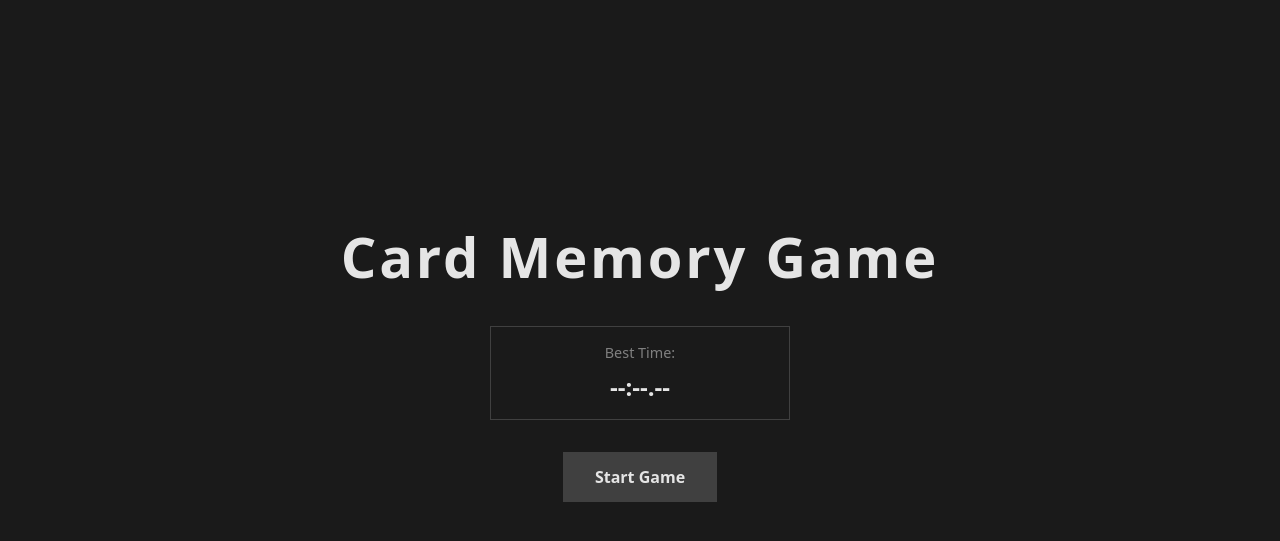
Repository: MMatyskiewicz2004/cat-memory
Page: card-memory-game/index.html
An editor plug-in stored every save of this project. The page is shown before and after a run of saves, followed by the edit.
The browser window is 1280 px wide. The pictures show the whole page.
Some web libraries are served in a nearby version.

Above is the page before, as saved 2026-03-02 13:54:35.

### card-memory-game/index.html
<!DOCTYPE html>
<html lang="en">
  <head>
    <meta charset="UTF-8" />
    <meta name="viewport" content="width=device-width, initial-scale=1.0" />
    <title>Card Memory Game</title>
    <link rel="stylesheet" href="css/styles.css?v=11" />
  </head>
  <body>
    <div class="app">
      <!-- Menu Screen -->
      <section id="menu-screen" class="screen screen--active">
        <h1 class="game-title">Card Memory Game</h1>
        <div class="record-display">
          <p class="record-label">Best Time:</p>
            <p id="best-time-display" class="record-value">--:--.--</p>
        </div>
        <button id="start-button" class="btn btn--primary">Start Game</button>
      </section>

      <!-- Game Screen -->
      <section id="game-screen" class="screen">
        <div class="game-header">
          <div class="timer-display">
            <span class="timer-label">Time:</span>
            <span id="timer-value" class="timer-value">00:00.00</span>
          </div>
          <button id="menu-button" class="btn btn--ghost">Menu</button>
        </div>
        <div id="game-board" class="game-board"></div>
      </section>

      <!-- Win Screen -->
      <section id="win-screen" class="screen">
        <div class="win-card">
          <h2 class="win-title">YOU WIN!</h2>
          <div class="win-stats">
            <p class="win-time-label">Time:</p>
            <p id="win-time-value" class="win-time-value">00:00.00</p>
          </div>
          <div class="win-buttons">
            <button id="play-again-button" class="btn btn--primary">Play Again</button>
            <button id="menu-button-win" class="btn btn--secondary">Back to Menu</button>
          </div>
        </div>
      </section>
    </div>

    <script src="https://cdnjs.cloudflare.com/ajax/libs/gsap/3.12.5/gsap.min.js"></script>
    <script src="js/main.js?v=10"></script>
  </body>
</html>

### card-memory-game/css/styles.css
/* Reset & Base Styles */
*,
*::before,
*::after {
  box-sizing: border-box;
  margin: 0;
  padding: 0;
}

body {
  font-family: system-ui, -apple-system, BlinkMacSystemFont, "Segoe UI", sans-serif;
  background: #1a1a1a;
  color: #e5e5e5;
  min-height: 100vh;
  display: flex;
  justify-content: center;
  align-items: center;
  padding: 1rem;
}

.app {
  width: 100%;
  max-width: 1200px;
}

/* Screen Management */
.screen {
  display: none;
}

.screen--active {
  display: block;
}

/* Menu Screen */
#menu-screen {
  text-align: center;
}

.game-title {
  font-size: clamp(2.5rem, 5vw, 3.5rem);
  font-weight: 700;
  margin-bottom: 2rem;
  letter-spacing: 0.05em;
}

.menu-card {
  background: #2a2a2a;
  border-radius: 0;
  padding: 3rem 2rem;
  max-width: 500px;
  margin: 0 auto;
}

.menu-title {
  font-size: 2rem;
  font-weight: 700;
  margin-bottom: 1rem;
}

.menu-text {
  font-size: 1.1rem;
  color: #b0b0b0;
  margin-bottom: 2rem;
}

.record-display {
  background: #1a1a1a;
  border-radius: 0;
  padding: 1rem;
  margin: 0 auto 2rem auto;
  border: 1px solid #404040;
  max-width: 300px;
}

.record-label {
  font-size: 0.9rem;
  color: #808080;
  margin-bottom: 0.5rem;
}

.record-value {
  font-size: 1.5rem;
  font-weight: 600;
  color: #e5e5e5;
}

/* Game Screen */
#game-screen {
  width: 100%;
}

.game-header {
  display: flex;
  justify-content: space-between;
  align-items: center;
  margin-bottom: 2rem;
  padding: 1rem 1.5rem;
  background: #2a2a2a;
  border-radius: 0;
}

.timer-display {
  display: flex;
  align-items: center;
  gap: 0.75rem;
}

.timer-label {
  font-size: 1.1rem;
  color: #b0b0b0;
}

.timer-value {
  font-size: 1.5rem;
  font-weight: 600;
  color: #e5e5e5;
  font-variant-numeric: tabular-nums;
}

.game-board {
  display: grid;
  grid-template-columns: repeat(5, 1fr);
  gap: 1rem;
  max-width: 1000px;
  margin: 0 auto;
}

/* Card Styles */
.card {
  aspect-ratio: 2 / 3;
  background: transparent;
  border: none;
  cursor: pointer;
  perspective: 1000px;
  padding: 0;
}

.card:disabled {
  cursor: not-allowed;
  opacity: 0.6;
}

.card-inner {
  position: relative;
  width: 100%;
  height: 100%;
  transform-style: preserve-3d;
  transition: transform 0.35s ease;
}

.card--flipped .card-inner {
  transform: rotateY(180deg);
}

.card-face {
  position: absolute;
  width: 100%;
  height: 100%;
  backface-visibility: hidden;
  border-radius: 0;
  display: flex;
  align-items: center;
  justify-content: center;
  font-size: 3.5rem;
}

.card-face--back {
  background: #404040;
  transform: rotateY(0deg);
}

.card-face--front {
  background: #2a2a2a;
  transform: rotateY(180deg);
  border: 2px solid #606060;
}

.card--matched .card-face--front {
  background: #1a1a1a;
  border-color: #808080;
  opacity: 0.6;
}

/* Buttons */
.btn {
  padding: 0.875rem 2rem;
  font-size: 1rem;
  font-weight: 600;
  border: none;
  border-radius: 0;
  cursor: pointer;
  transition: all 0.2s ease;
  font-family: inherit;
}

.btn--primary {
  background: #404040;
  color: #e5e5e5;
  display: block;
  margin: 0 auto;
}

.btn--primary:hover {
  background: #505050;
  transform: translateY(-2px);
}

.btn--primary:active {
  transform: translateY(0);
  background: #353535;
}

.btn--secondary {
  background: #2a2a2a;
  color: #e5e5e5;
  border: 1px solid #606060;
}

.btn--secondary:hover {
  background: #353535;
  transform: translateY(-2px);
}

.btn--ghost {
  background: transparent;
  color: #b0b0b0;
  border: 1px solid #606060;
}

.btn--ghost:hover {
  background: #2a2a2a;
  color: #e5e5e5;
}

/* Win Screen */
#win-screen {
  text-align: center;
}

.win-card {
  background: #2a2a2a;
  border-radius: 0;
  padding: 3rem 2rem;
  max-width: 500px;
  margin: 0 auto;
}

.win-title {
  font-size: 3rem;
  font-weight: 700;
  margin-bottom: 2rem;
  color: #e5e5e5;
}

.win-stats {
  margin-bottom: 2rem;
}

.win-time-label {
  font-size: 1.1rem;
  color: #b0b0b0;
  margin-bottom: 0.5rem;
}

.win-time-value {
  font-size: 2rem;
  font-weight: 600;
  color: #e5e5e5;
  font-variant-numeric: tabular-nums;
}

.win-buttons {
  display: flex;
  flex-direction: column;
  gap: 1rem;
}

/* Responsive */
@media (max-width: 768px) {
  .game-board {
    gap: 0.75rem;
    max-width: 100%;
    padding: 0 1rem;
  }

  .card-face {
    font-size: 2.5rem;
  }

  .game-header {
    flex-direction: column;
    gap: 1rem;
  }

  .win-buttons {
    flex-direction: column;
  }
}

### card-memory-game/js/main.js
// Card Memory Game - Complete Implementation

// Game Configuration
const BOARD_COLS = 5; // 5 columns (horizontal)
const BOARD_ROWS = 3; // 3 rows (vertical)
const TOTAL_CARDS = BOARD_COLS * BOARD_ROWS; // 15 cards
const TOTAL_PAIRS = Math.floor(TOTAL_CARDS / 2); // 7 pairs (14 cards, 1 extra)

// Card symbols (emoji placeholders - easy to replace with images later)
const CARD_SYMBOLS = [
  "🐱", "🐶", "🐼", "🦊", "🐸", "🐰",
  "🐻", "🐨", "🐯", "🐷", "🐵", "🐔",
  "🐙", "🦄", "🐝", "🦋", "🐞", "🐢"
];

// DOM Elements
const menuScreen = document.getElementById("menu-screen");
const gameScreen = document.getElementById("game-screen");
const winScreen = document.getElementById("win-screen");
const startButton = document.getElementById("start-button");
const menuButton = document.getElementById("menu-button");
const menuButtonWin = document.getElementById("menu-button-win");
const playAgainButton = document.getElementById("play-again-button");
const gameBoard = document.getElementById("game-board");
const timerValue = document.getElementById("timer-value");
const bestTimeDisplay = document.getElementById("best-time-display");
const winTimeValue = document.getElementById("win-time-value");

// Game State
let deck = [];
let firstCard = null;
let secondCard = null;
let isChecking = false;
let matchedPairs = 0;
let timerInterval = null;
let startTime = null;
let currentTime = 0;

// Initialize
function init() {
  // Check if all elements exist
  if (!startButton || !menuButton || !menuButtonWin || !playAgainButton) {
    console.error("Error: Could not find required DOM elements");
    return;
  }

  // Check if GSAP is loaded
  if (typeof gsap === "undefined") {
    console.error("Error: GSAP library not loaded");
    return;
  }

  loadBestTime();
  startButton.addEventListener("click", startGame);
  menuButton.addEventListener("click", goToMenu);
  menuButtonWin.addEventListener("click", goToMenu);
  playAgainButton.addEventListener("click", startGame);

  console.log("Game initialized successfully");
}

// Wait for DOM and GSAP to be ready
if (document.readyState === "loading") {
  document.addEventListener("DOMContentLoaded", init);
} else {
  // DOM already loaded, but wait a tick for GSAP
  setTimeout(init, 100);
}

// Screen Management
function showScreen(screen) {
  menuScreen.classList.remove("screen--active");
  gameScreen.classList.remove("screen--active");
  winScreen.classList.remove("screen--active");

  if (screen === "menu") {
    menuScreen.classList.add("screen--active");
  } else if (screen === "game") {
    gameScreen.classList.add("screen--active");
  } else if (screen === "win") {
    winScreen.classList.add("screen--active");
  }
}

// Timer Functions
function startTimer() {
  startTime = Date.now();
  currentTime = 0;
  updateTimerDisplay(0);

  timerInterval = setInterval(() => {
    currentTime = Date.now() - startTime;
    updateTimerDisplay(currentTime);
  }, 10);
}

function stopTimer() {
  if (timerInterval) {
    clearInterval(timerInterval);
    timerInterval = null;
  }
}

function updateTimerDisplay(milliseconds) {
  const totalSeconds = Math.floor(milliseconds / 1000);
  const mins = Math.floor(totalSeconds / 60);
  const secs = totalSeconds % 60;
  const ms = Math.floor((milliseconds % 1000) / 10);
  timerValue.textContent = `${String(mins).padStart(2, "0")}:${String(secs).padStart(2, "0")}.${String(ms).padStart(2, "0")}`;
}

function formatTime(milliseconds) {
  const totalSeconds = Math.floor(milliseconds / 1000);
  const mins = Math.floor(totalSeconds / 60);
  const secs = totalSeconds % 60;
  const ms = Math.floor((milliseconds % 1000) / 10);
  return `${String(mins).padStart(2, "0")}:${String(secs).padStart(2, "0")}.${String(ms).padStart(2, "0")}`;
}

// LocalStorage Functions
function loadBestTime() {
  const bestTime = localStorage.getItem("memoryGameBestTime");
  if (bestTime) {
    bestTimeDisplay.textContent = formatTime(parseInt(bestTime));
  } else {
    bestTimeDisplay.textContent = "--:--.--";
  }
}

function saveBestTime(milliseconds) {
  const currentBest = localStorage.getItem("memoryGameBestTime");
  if (!currentBest || milliseconds < parseInt(currentBest)) {
    localStorage.setItem("memoryGameBestTime", milliseconds.toString());
    loadBestTime();
  }
}

// Card Creation
function createShuffledDeck() {
  const symbols = CARD_SYMBOLS.slice(0, TOTAL_PAIRS);
  const deck = [];

  // Create pairs
  symbols.forEach((symbol, index) => {
    deck.push({ id: `${index}-a`, symbol, matched: false });
    deck.push({ id: `${index}-b`, symbol, matched: false });
  });

  // Add one extra card to make 15 total (duplicate of first symbol)
  if (TOTAL_CARDS % 2 !== 0 && symbols.length > 0) {
    deck.push({ id: `${TOTAL_PAIRS}-extra`, symbol: symbols[0], matched: false });
  }

  // Fisher-Yates shuffle
  for (let i = deck.length - 1; i > 0; i--) {
    const j = Math.floor(Math.random() * (i + 1));
    [deck[i], deck[j]] = [deck[j], deck[i]];
  }

  return deck;
}

function createCardElement(cardData) {
  const card = document.createElement("button");
  card.className = "card";
  card.type = "button";
  card.dataset.cardId = cardData.id;
  card.dataset.symbol = cardData.symbol;

  const inner = document.createElement("div");
  inner.className = "card-inner";

  const backFace = document.createElement("div");
  backFace.className = "card-face card-face--back";
  backFace.textContent = "❔";

  const frontFace = document.createElement("div");
  frontFace.className = "card-face card-face--front";
  frontFace.textContent = cardData.symbol;

  inner.appendChild(backFace);
  inner.appendChild(frontFace);
  card.appendChild(inner);

  card.addEventListener("click", () => handleCardClick(card));

  return card;
}

// Card Flip Animation (GSAP)
function flipCard(cardElement, isFlipped) {
  const inner = cardElement.querySelector(".card-inner");
  if (!inner) return;

  gsap.killTweensOf(inner);

  gsap.to(inner, {
    rotationY: isFlipped ? 180 : 0,
    duration: 0.15,
    ease: "power2.out",
    onStart: () => {
      if (isFlipped) {
        cardElement.classList.add("card--flipped");
      } else {
        cardElement.classList.remove("card--flipped");
      }
    }
  });
}

// Game Logic
function buildBoard() {
  gameBoard.innerHTML = "";
  deck = createShuffledDeck();
  matchedPairs = 0;
  firstCard = null;
  secondCard = null;
  isChecking = false;

  console.log(`Building board: ${deck.length} cards (${BOARD_COLS}x${BOARD_ROWS})`);

  deck.forEach((cardData) => {
    const cardElement = createCardElement(cardData);
    gameBoard.appendChild(cardElement);
  });
}

function handleCardClick(cardElement) {
  // Prevent clicks during checking or if card is already matched/flipped
  if (isChecking) return;
  if (cardElement.classList.contains("card--matched")) return;
  if (cardElement.classList.contains("card--flipped")) return;
  if (cardElement === firstCard) return;

  // Flip the card
  flipCard(cardElement, true);

  // First card selection
  if (!firstCard) {
    firstCard = cardElement;
    return;
  }

  // Second card selection
  secondCard = cardElement;
  isChecking = true;

  // Check for match
  const firstSymbol = firstCard.dataset.symbol;
  const secondSymbol = secondCard.dataset.symbol;

  if (firstSymbol === secondSymbol) {
    // Match found
    setTimeout(() => {
      firstCard.classList.add("card--matched");
      secondCard.classList.add("card--matched");
      matchedPairs++;

      // Animate match
      gsap.to([firstCard, secondCard], {
        scale: 1.1,
        duration: 0.2,
        yoyo: true,
        repeat: 1,
        ease: "power2.out"
      });

      resetSelection();
      checkForWin();
    }, 500);
  } else {
    // No match - flip back
    setTimeout(() => {
      flipCard(firstCard, false);
      flipCard(secondCard, false);
      resetSelection();
    }, 500);
  }
}

function resetSelection() {
  firstCard = null;
  secondCard = null;
  isChecking = false;
}

function checkForWin() {
  if (matchedPairs === TOTAL_PAIRS) {
    stopTimer();
    const finalTime = currentTime;
    saveBestTime(finalTime);
    winTimeValue.textContent = formatTime(finalTime);

    setTimeout(() => {
      showScreen("win");
    }, 500);
  }
}

// Game Control
function startGame() {
  showScreen("game");
  buildBoard();
  startTimer();
}

function goToMenu() {
  stopTimer();
  showScreen("menu");
  loadBestTime();
}

After the next 3 saves:
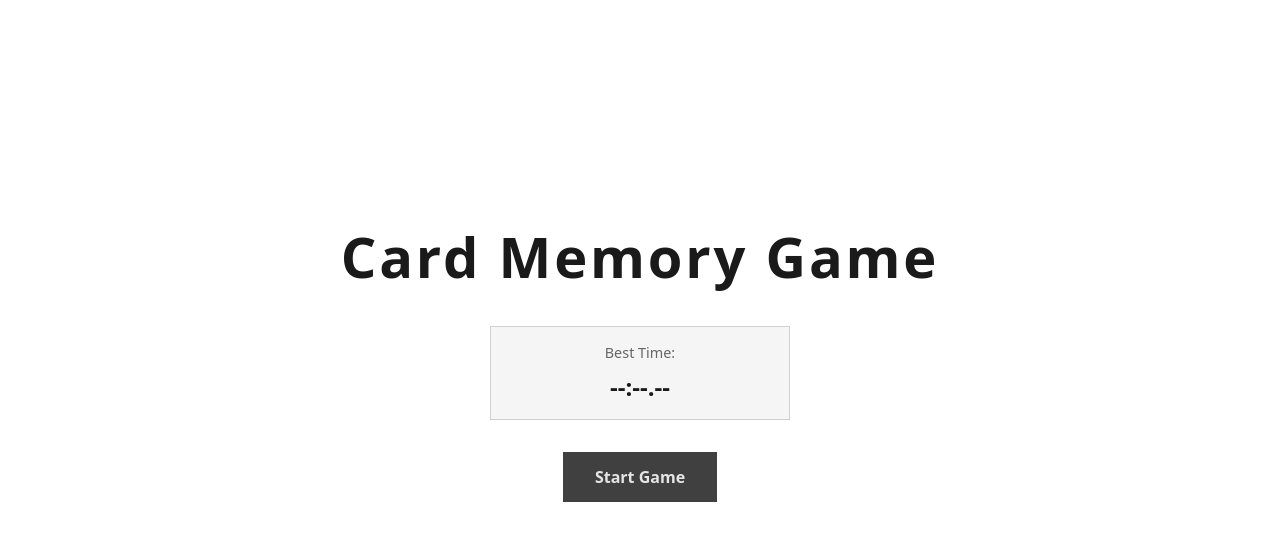
The 3 saves are shown as one change because they came seconds apart.
The last was saved 93 s later.
--- a/card-memory-game/css/styles.css
+++ b/card-memory-game/css/styles.css
@@ -9,8 +9,8 @@
 
 body {
   font-family: system-ui, -apple-system, BlinkMacSystemFont, "Segoe UI", sans-serif;
-  background: #1a1a1a;
-  color: #e5e5e5;
+  background: #ffffff;
+  color: #1a1a1a;
   min-height: 100vh;
   display: flex;
   justify-content: center;
@@ -42,6 +42,7 @@ body {
   font-weight: 700;
   margin-bottom: 2rem;
   letter-spacing: 0.05em;
+  color: #1a1a1a;
 }
 
 .menu-card {
@@ -65,24 +66,24 @@ body {
 }
 
 .record-display {
-  background: #1a1a1a;
+  background: #f5f5f5;
   border-radius: 0;
   padding: 1rem;
   margin: 0 auto 2rem auto;
-  border: 1px solid #404040;
+  border: 1px solid #d0d0d0;
   max-width: 300px;
 }
 
 .record-label {
   font-size: 0.9rem;
-  color: #808080;
+  color: #666666;
   margin-bottom: 0.5rem;
 }
 
 .record-value {
   font-size: 1.5rem;
   font-weight: 600;
-  color: #e5e5e5;
+  color: #1a1a1a;
 }
 
 /* Game Screen */
